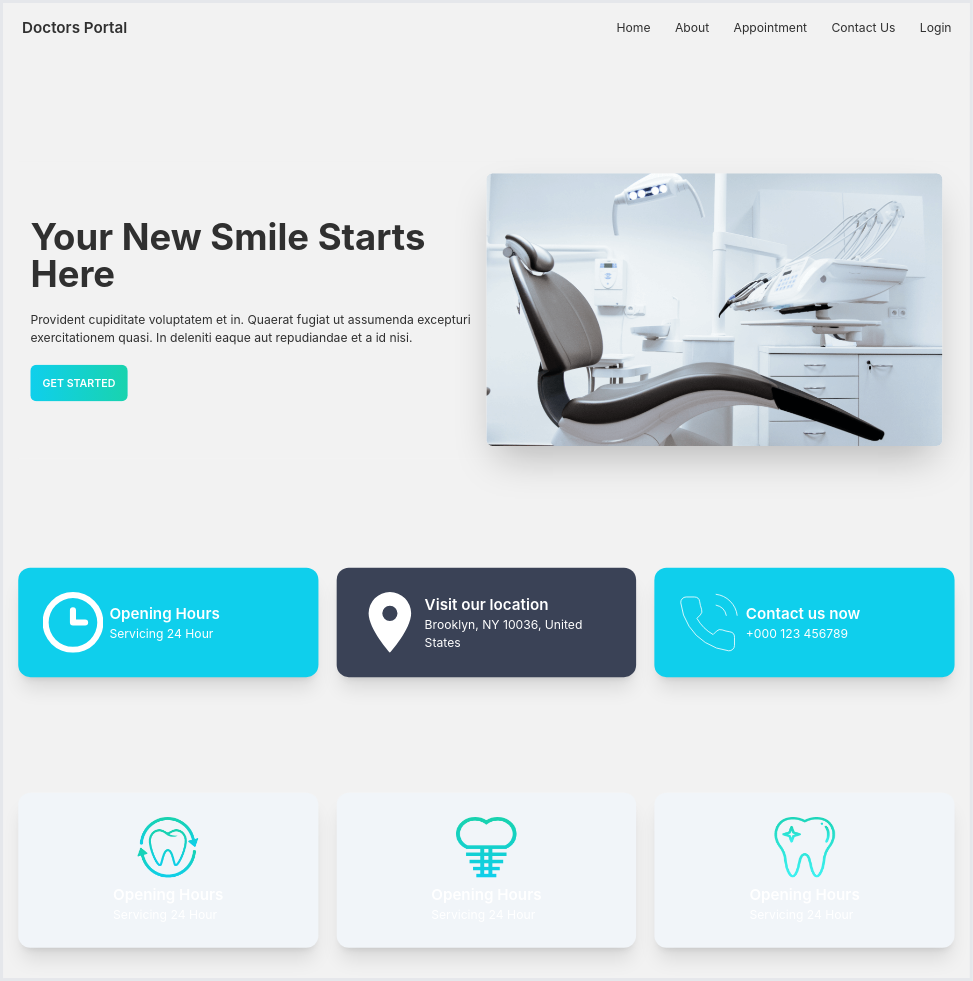
Repository: Samad77/Doctorportal-Client
Page: /
The author's editor kept a copy of each file at every save. The page is drawn from the files as they stood at one save, then again after the next save.
The browser window is 1280 px wide. The pictures show the whole page, at 76% of full size.
The project was rebuilt for these pictures with package versions that can differ from the ones it lists, and the page was loaded fresh each time. Also part of the build but not shown: src/Pages/Login/Login.js.

Above is the page before, as saved 2022-11-12 12:43:26.

### src/App.js
import logo from './logo.svg';
import './App.css';
import {RouterProvider} from 'react-router-dom'
import router from './Layout/Routes/Routes';
import Cards from './Pages/Home/Cards/Cards';
function App() {
  return (
    <div className="App max-w-[1440px] mx-auto border-4">
      <RouterProvider router={router}>

      </RouterProvider>
    </div>
  );
}

export default App;

### src/Layout/Routes/Routes.js
import { createBrowserRouter } from "react-router-dom";
import Home from "../../Pages/Home/Home";
import Login from "../../Pages/Login/Login";
import Main from "../Main/Main";

const router = createBrowserRouter([
    {path : "/",
    element : <Main></Main>,
    children : [
        {path : '/', element : <Home></Home>,},
        {path: '/home', element : <Home></Home>},
        {path: '/login', element : <Login></Login>},
    ]
    }
])

export default router;

### src/Pages/Home/Cards/Cards.js
import React from 'react';
import img1 from '../../../assets/icons/clock.svg'
import img2 from '../../../assets/icons/marker.svg'
import img3 from '../../../assets/icons/phone.svg'
import img4 from '../../../assets/icons/quote.svg'

const Cards = () => {
    return (
        <section className='grid grid-cols-1 gap-6 md:grid-cols-2 lg:grid-cols-3 my-28'>
            <div className="card  bg-primary text-white shadow-xl">
                <div className="card-body flex flex-col items-center  lg:flex-row">
                    <div className=''>
                        <img src={img1} alt="" className='w-20 h-20'/>
                    </div>
                    <div className='text-left'>
                        <h2 className="card-title">Opening Hours</h2>
                        <p>Servicing 24 Hour</p>
                    </div>

                </div>
            </div>

            <div className="card  bg-neutral text-white shadow-xl">
                <div className="card-body flex flex-col items-center  lg:flex-row">
                    <div className=''>
                        <img src={img2} alt="" className='w-20 h-20'/>
                    </div>
                    <div className='text-left'>
                        <h2 className="card-title">Visit our location</h2>
                        <p>Brooklyn, NY 10036, United States</p>
                    </div>

                </div>
            </div>

            <div className="card  bg-primary text-white shadow-xl">
                <div className="card-body flex flex-col items-center  lg:flex-row">
                    <div className=''>
                        <img src={img3} alt="" className='w-20 h-20'/>
                    </div>
                    <div className='text-left'>
                        <h2 className="card-title">Contact us now</h2>
                        <p>+000 123 456789</p>
                    </div>

                </div>
            </div>
        </section>
    );
};

export default Cards;

### src/Pages/Home/Home.js
import React from 'react';
import Banner from './Banner/Banner';
import Cards from './Cards/Cards';
import Services from './Services/Services';

const Home = () => {
    return (
        <div className='mx-5'>
            <Banner></Banner>
            <Cards></Cards>
            <Services></Services>
        </div>
    );
};

export default Home;

### src/Layout/Main/Main.js
import React from 'react';
import Footer from '../../Pages/Shared/Footer/Footer';
import Navbar from '../../Pages/Shared/Navbar/Navbar';
import {Outlet} from 'react-router-dom'
const Main = () => {
    return (
        <div>
            <Navbar></Navbar>
                <Outlet></Outlet>
            <Footer></Footer>
        </div>
    );
};

export default Main;

### src/Pages/Home/Banner/Banner.js
import React from 'react';
import img1 from '../../../assets/images/chair.png'
const Banner = () => {
    return (
        <div className="hero bg-base-100 my-36">
            <div className="hero-content flex-col lg:flex-row-reverse">
                <img src={img1} className="w-1/2 rounded-lg shadow-2xl" />
                <div className='text-left'>
                <h1 className="text-5xl font-bold">Your New Smile Starts Here</h1>
                <p className="py-6">Provident cupiditate voluptatem et in. Quaerat fugiat ut assumenda excepturi exercitationem quasi. In deleniti eaque aut repudiandae et a id nisi.</p>
                <button className="btn btn-primary border-0 bg-gradient-to-r from-primary to-secondary text-white">Get Started</button>
                </div>
            </div>
        </div>
    );
};

export default Banner;

### src/Pages/Home/Services/Services.js
import React from 'react';
import img1 from '../../../assets/images/fluoride.png'
import img2 from '../../../assets/images/cavity.png'
import img3 from '../../../assets/images/whitening.png'
const Services = () => {
    const allServices = [
        {
            img : img1,
            name : "Fluoride Treatment",
            about : "Lorem Ipsum is simply dummy printing and typesetting indust Ipsum has been the"
        },
        {
            img : img2,
            name : "Cavity Filling",
            about : "Lorem Ipsum is simply dummy printing and typesetting indust Ipsum has been the"
        },
        {
            img : img3,
            name : "Teeth Whitening",
            about : "Lorem Ipsum is simply dummy printing and typesetting indust Ipsum has been the"
        },
    ]
    return (
        <div className='grid grid-cols-1 gap-6 md:grid-cols-2 lg:grid-cols-3'>
            {
                allServices.map( service => <Service key={service.name} service={service}></Service>)
            }
        </div>
    );
};

const Service = ({service}) => {
    return (
        <div className="card  bg-primary text-white shadow-xl bg-slate-100 text-black my-10">
            <div className="card-body flex flex-col items-center  ">
                <div className=''>
                    <img src={service.img} alt="" className='w-20 h-20'/>
                </div>
                <div className='text-left'>
                    <h2 className="card-title">Opening Hours</h2>
                    <p>Servicing 24 Hour</p>
                </div>
            </div>
        </div>


    )
}
export default Services;

### src/Pages/Shared/Navbar/Navbar.js
import React from 'react';
import {Link} from 'react-router-dom'
const Navbar = () => {

    const menuItems =

    <React.Fragment>
        <li><Link to="/home">Home</Link></li>
        <li><Link to="/about">About</Link></li>
        <li><Link to="/appointment">Appointment</Link></li>
        <li><Link to="/contact">Contact Us</Link></li>
        <li><Link to="/login">Login</Link></li>
    </React.Fragment>

    return (
        <div className="navbar bg-base-100 flex justify-between">
  <div className="navbar-start">
    <div className="dropdown">
      <label tabIndex={0} className="btn btn-ghost lg:hidden">
        <svg xmlns="http://www.w3.org/2000/svg" className="h-5 w-5" fill="none" viewBox="0 0 24 24" stroke="currentColor"><path strokeLinecap="round" strokeLinejoin="round" strokeWidth="2" d="M4 6h16M4 12h8m-8 6h16" /></svg>
      </label>
      <ul tabIndex={0} className="menu menu-compact dropdown-content mt-3 p-2 shadow rounded-box w-52">
            {menuItems}
      </ul>
    </div>
    <Link to='/' className="btn btn-ghost normal-case text-xl">Doctors Portal</Link>
  </div>
  <div className="navbar-center hidden lg:flex">
    <ul className="menu menu-horizontal p-0">
        {menuItems}
    </ul>
  </div>

</div>
    );
};

export default Navbar;

### tailwind.config.js
/** @type {import('tailwindcss').Config} */
module.exports = {
  content: ["./src/**/*.{js,jsx,ts,tsx}"],
  theme: {
    extend: {},
  },
  daisyui : {
    themes : [

    {
      doctorThemes: {

primary: "#0FCFEC",

secondary: "#19D3AE",

neutral: "#3A4256",

"base-100": "#F2F2F2",

      },
    },
  ]
  },
  plugins: [require("daisyui")],
}

Loaded but not shown: public/index.html (common file); src/index.js (common file); src/index.css (common file); src/reportWebVitals.js (common file); src/App.css (common file); src/Pages/Shared/Footer/Footer.js (common file)

After the next save:
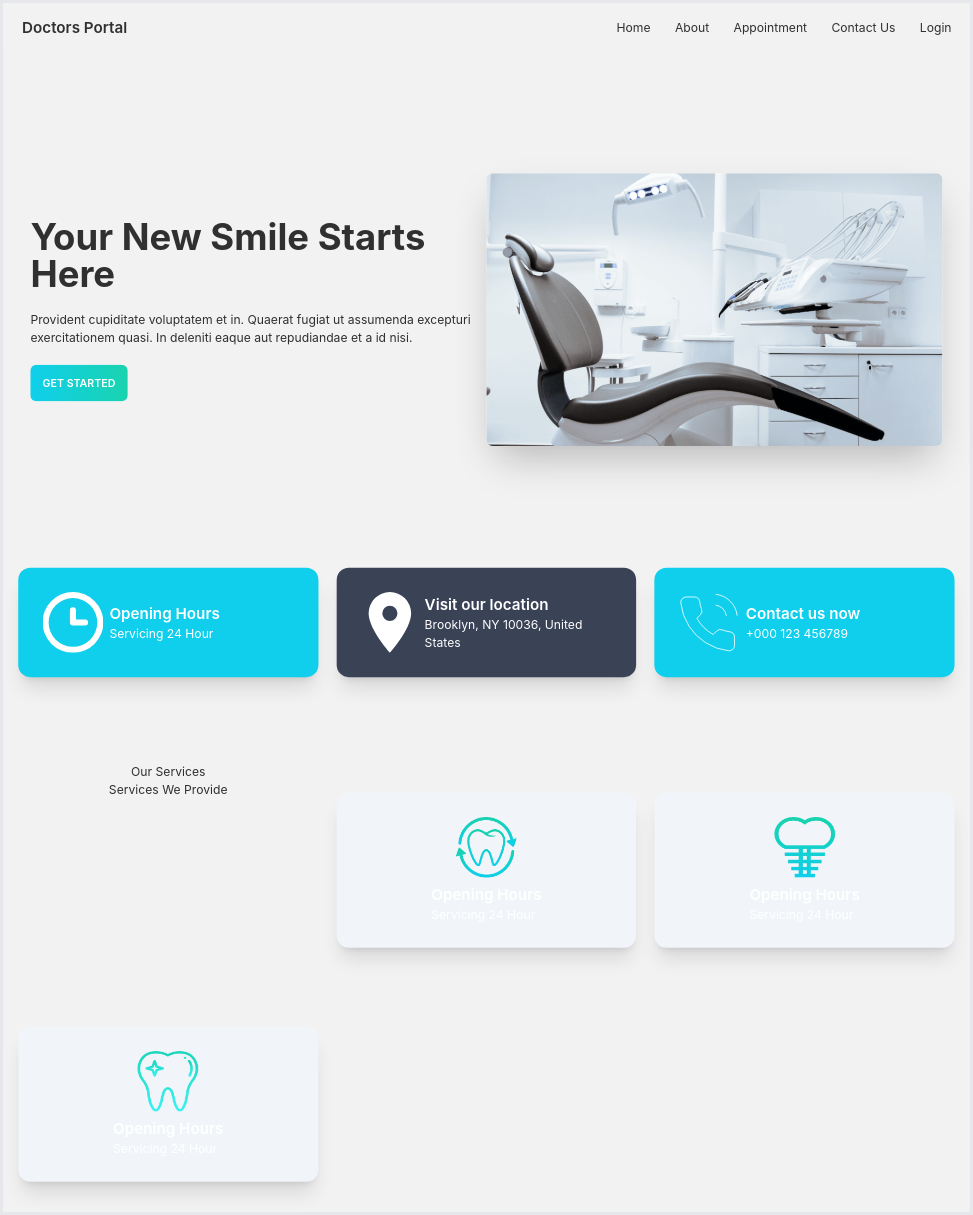
Saved 58 s later.
--- a/src/Pages/Home/Services/Services.js
+++ b/src/Pages/Home/Services/Services.js
@@ -22,6 +22,10 @@
     ]
     return (
         <div className='grid grid-cols-1 gap-6 md:grid-cols-2 lg:grid-cols-3'>
+            <div>
+                <h1>Our Services</h1>
+                <p>Services We Provide</p>
+            </div>
             {
                 allServices.map( service => <Service key={service.name} service={service}></Service>)
             }

After the 2 saves that followed:
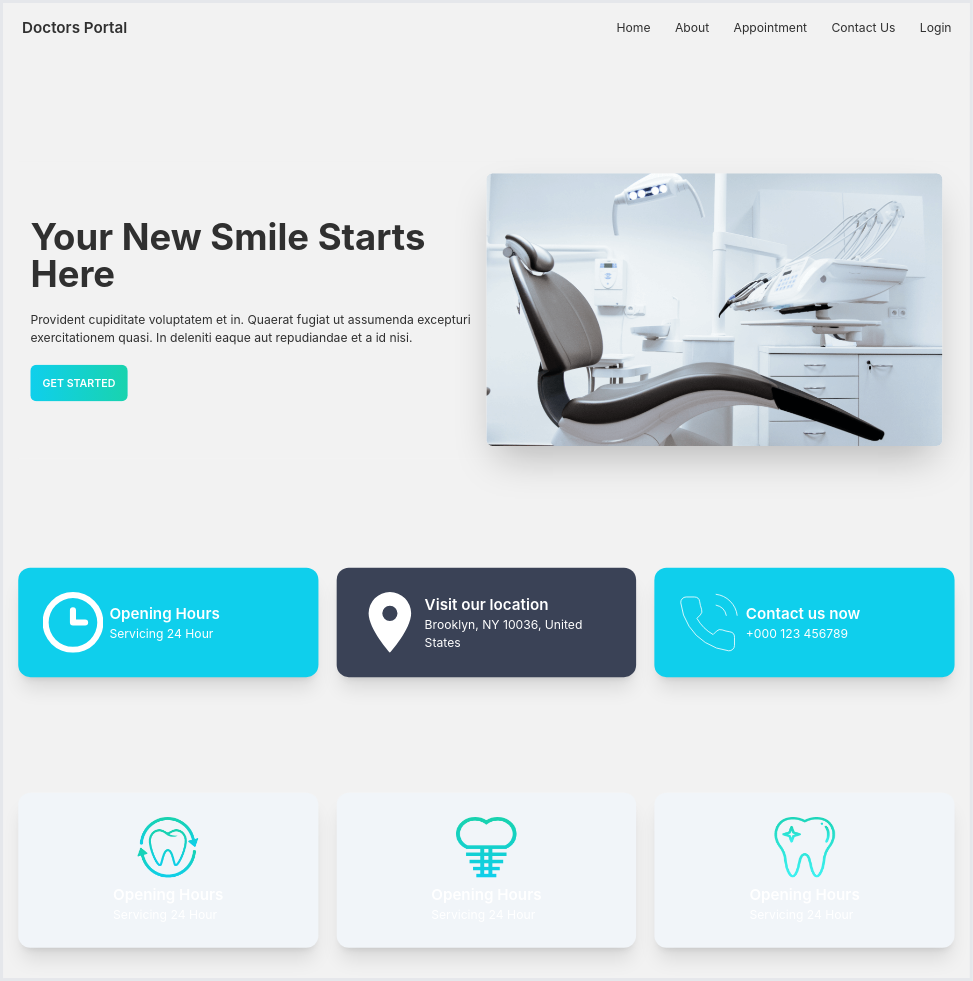
The 2 saves are shown as one change because 1 left the picture as it was.
The last was saved 32 s later.
--- a/src/Pages/Home/Services/Services.js
+++ b/src/Pages/Home/Services/Services.js
@@ -22,10 +22,7 @@
     ]
     return (
         <div className='grid grid-cols-1 gap-6 md:grid-cols-2 lg:grid-cols-3'>
-            <div>
-                <h1>Our Services</h1>
-                <p>Services We Provide</p>
-            </div>
+
             {
                 allServices.map( service => <Service key={service.name} service={service}></Service>)
             }
